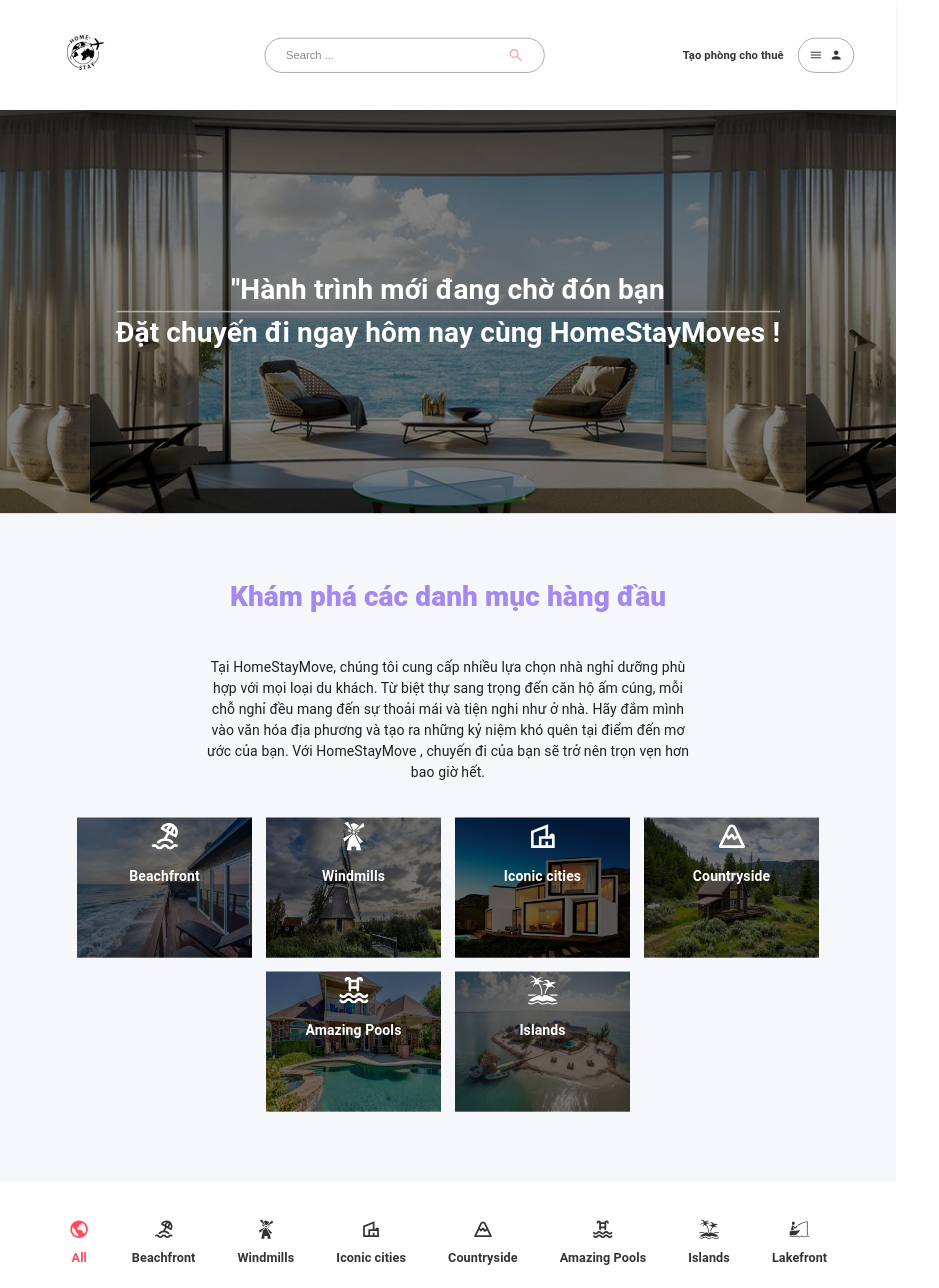
Repository: minhquang203/Homestay
Page: / (app in client/)
An editor plug-in stored every save of this project. The page is shown before and after the next save, followed by the edit.
The browser window is 1280 px wide. The page is 1342 px wide, so the pictures cover 1342 px, including what lies to the right of the window. The pictures show the part of the page from y = 0 to 1840 px (the page is 2909 px tall), at 70% of full size.
The page's requests for data from a server got no answer. The project was rebuilt for these pictures with package versions that can differ from the ones it lists, and the page was loaded fresh each time. No one was signed in, and anything a server would have sent is missing. Also part of the build but not shown: client/src/styles/ListingCard.scss, client/src/components/ListingCard.jsx, client/src/styles/List.scss, client/src/pages/CategoryPage.jsx, client/src/styles/CreateListing.scss, client/src/styles/variable.scss, client/src/pages/CreateListing.jsx, client/src/styles/ListingDetails.scss and 17 more.

Above is the page before, as saved 2025-04-03 23:18:31.

### client/public/index.html
<!DOCTYPE html>
<html lang="en">
  <head>
    <meta charset="utf-8" />
    <link rel="icon" href="%PUBLIC_URL%/favicon.ico" />
    <meta name="viewport" content="width=device-width, initial-scale=1" />
    <meta name="theme-color" content="#000000" />
    <meta
      name="description"
      content="Web site created using create-react-app"
    />
    <link rel="apple-touch-icon" href="%PUBLIC_URL%/logo192.png" />
    <link rel="manifest" href="%PUBLIC_URL%/manifest.json" />
    <link rel="preconnect" href="https://fonts.googleapis.com">
    <link rel="preconnect" href="https://fonts.gstatic.com" crossorigin>
    <link href="https://fonts.googleapis.com/css2?family=Nunito:ital,wght@0,200..1000;1,200..1000&display=swap" rel="stylesheet">
    <title>HomeStayMove</title>
  </head>
  <body>
    <div id="root"></div>

  </body>
</html>

### client/src/index.js
import { CssBaseline, ThemeProvider, createTheme } from "@mui/material"; // Thêm vào đây
import React from "react";
import ReactDOM from "react-dom/client";
import { Provider } from "react-redux";
import { PersistGate } from "redux-persist/integration/react";
import App from "./App";
import { persistor, store } from "./Redux/store";

// Tạo theme tùy chỉnh nếu cần thiết
const theme = createTheme({
  palette: {
    primary: {
      main: "#1976d2", // Màu chủ đạo
    },
    secondary: {
      main: "#dc004e", // Màu phụ
    },
  },
});

const root = ReactDOM.createRoot(document.getElementById("root"));
root.render(
  <React.StrictMode>
    <Provider store={store}>
      <PersistGate loading={null} persistor={persistor}>
        <ThemeProvider theme={theme}>
          <CssBaseline />
          <App />
        </ThemeProvider>
      </PersistGate>
    </Provider>
  </React.StrictMode>
);

### client/src/Redux/store.js
// store.js
import { configureStore } from "@reduxjs/toolkit";
import {
  persistStore,
  persistReducer,
  FLUSH,
  REHYDRATE,
  PAUSE,
  PERSIST,
  PURGE,
  REGISTER,
} from "redux-persist";
import storage from "redux-persist/lib/storage";
import userReducer from "./state"; // Đảm bảo đúng đường dẫn đến state.js

// Cấu hình Redux Persist
const persistConfig = {
  key: "root", // Tên của key trong localStorage
  version: 1, // Phiên bản của state để khi có thay đổi sẽ cập nhật lại
  storage, // Chọn phương thức lưu trữ, có thể là localStorage hoặc sessionStorage
};

// Tạo persisted reducer từ userReducer
const persistedReducer = persistReducer(persistConfig, userReducer);

// Tạo store với persistedReducer
export const store = configureStore({
  reducer: persistedReducer, // Dùng persisted reducer để lưu trữ trạng thái người dùng
  middleware: (getDefaultMiddleware) =>
    getDefaultMiddleware({
      serializableCheck: {
        ignoredActions: [FLUSH, REHYDRATE, PAUSE, PERSIST, PURGE, REGISTER], // Bỏ qua các action không thể serialize
      },
    }),
});

// Khởi tạo persistor từ store
export const persistor = persistStore(store);

### client/src/App.css
* {
  margin: 0;
  padding: 0;
  box-sizing: border-box;
  font-family: 'Nunito'sans-serif;
}

### client/src/pages/HomePage.jsx
import Categories from "../components/Categories";
import Footer from "../components/Footer";
import Listings from "../components/Listings";
import Navbar from '../components/Navbar';
import Slide from "../components/Slide";



const HomePage = () => {

  // Lấy thông tin người dùng từ Redux state
  return <div>
    <Navbar/>
    <Slide/>
    <Categories/>
    <Listings/>
    <Footer />
  </div>;
};

export default HomePage;

### client/src/components/Footer.jsx
import { Email, LocalPhone } from "@mui/icons-material";
import { Link } from "react-router-dom";
import "../styles/Footer.scss";
const Footer = () => {
  return (
    <div className="footer">
      <div className="footer_left">
        <a href="/">
          <img src="/assets/logo.png" alt="logo" />
        </a>
      </div>

      <div className="footer_center">
        <h3>Useful Links</h3>
        <ul>
          <li>
            <Link to="/about-us">About Us</Link>
          </li>
          <li>
            <Link to="/terms-and-conditions">Terms and Conditions</Link>
          </li>
          <li>
            <Link to="/return-and-refund-policy">Return and Refund Policy</Link>
          </li>
        </ul>
      </div>

      <div className="footer_right">
        <h3>Contact</h3>
        <div className="footer_right_info">
          <LocalPhone />
          <p>+84 904421394</p>
        </div>
        <div className="footer_right_info">
          <Email />
          <p>homestay@gmail.com</p>
          <p>tranminhquang082003@gmail.com</p>
        </div>
        <img src="/assets/payment.png" alt="payment" />
      </div>
    </div>
  );
};

export default Footer;

### client/src/components/Loader.jsx
import "../styles/Loader.scss";

const Loader = () => {
  return (
    <div className="loader">
      <div className="loader-inner"></div>
    </div>
  );
};

export default Loader;

### client/src/components/Navbar.jsx
import { Menu, Person, Search } from "@mui/icons-material";
import { IconButton } from "@mui/material";
import { useState } from "react";
import { useDispatch, useSelector } from "react-redux";
import { Link, useNavigate } from "react-router-dom";
import { setLogout } from "../Redux/state";
import "../styles/Navbar.scss";

const Navbar = () => {
  const [dropdownMenu, setDropdownMenu] = useState(false);
  const user = useSelector((state) => state.user);
  const dispatch = useDispatch();
  const [search, setSearch] = useState("");
  const navigate = useNavigate();

  const handleLogout = () => {
    dispatch(setLogout());
    navigate("/login");
  };

  return (
    <div className="navbar">
      <Link to="/">
        <img src="/assets/logo.png" alt="logo" />
      </Link>

      <div className="navbar_search">
        <input
          type="text"
          placeholder="Search ..."
          value={search}
          onChange={(e) => setSearch(e.target.value)}
        />
        <IconButton
          disabled={search === ""}
          onClick={() => navigate(`/properties/search/${search}`)}
        >
          <Search sx={{ color: "#ff4b5c" }} />
        </IconButton>
      </div>

      <div className="navbar_right">
        <Link
          to={user ? "/create-listing" : "/login"}
          className="navbar_right_host"
        >
          Tạo phòng cho thuê
        </Link>

        <button
          className="navbar_right_account"
          onClick={() => setDropdownMenu((prev) => !prev)}
        >
          <Menu sx={{ color: "#333" }} />
          <Person sx={{ color: "#333" }} />
        </button>

        {dropdownMenu && (
          <div
            className={`navbar_right_accountmenu ${
              dropdownMenu ? "active" : ""
            }`}
          >
            {user ? (
              <>
                <Link to="/profile">Thông Tin</Link>
                <Link to={`/${user._id}/trips`}>Danh sách chuyến đi</Link>
                <Link to={`/${user._id}/wishList`}>Yêu thích</Link>
                <Link to={`/${user._id}/properties`}>Phòng cho thuê</Link>
                <Link to={`/${user._id}/reservations`}>Đặt chỗ</Link>
                <Link to="/login" onClick={handleLogout}>
                  Đăng xuất
                </Link>
              </>
            ) : (
              <>
                <Link to="/login">Đăng nhập</Link>
                <Link to="/register">Đăng ký</Link>
              </>
            )}
          </div>
        )}
      </div>
    </div>
  );
};

export default Navbar;

### client/src/components/Categories.jsx
import { Link } from "react-router-dom";
import { categories } from "../data";
import "../styles/Categories.scss";

const Categories = () => {
  return (
    <div className="categories">
      <h1>Khám phá các danh mục hàng đầu</h1>
      <p>
        Tại HomeStayMove, chúng tôi cung cấp nhiều lựa chọn nhà nghỉ dưỡng phù hợp
        với mọi loại du khách. Từ biệt thự sang trọng đến căn hộ ấm cúng, mỗi
        chỗ nghỉ đều mang đến sự thoải mái và tiện nghi như ở nhà. Hãy đắm mình
        vào văn hóa địa phương và tạo ra những kỷ niệm khó quên tại điểm đến mơ
        ước của bạn. Với HomeStayMove , chuyến đi của bạn sẽ trở nên trọn vẹn hơn
        bao giờ hết.
      </p>

      <div className="categories_list">
        {categories?.slice(1, 7).map((category, index) => (
          <Link to={`/properties/category/${category.label}`}>
            <div className="category">
              <img src={category.img} alt={category.label} />
              <div className="overlay">
                <div className="category_text">
                  <div className="category_text_icon">
                    {category.icon}
                    <p>{category.label}</p>
                  </div>
                </div>
              </div>
            </div>
          </Link>
        ))}
      </div>
    </div>
  );
};

export default Categories;

### client/src/components/Listings.jsx
import { useEffect, useState } from "react";
import { useDispatch, useSelector } from "react-redux";
import { categories } from "../data";
import { setListings } from "../Redux/state";
import "../styles/Listings.scss";
import ListingCard from "./ListingCard";
import Loader from "./Loader";

const Listings = () => {
  const dispatch = useDispatch();
  const [loading, setLoading] = useState(true);

  const [selectedCategory, setSelectedCategory] = useState("All");

  const listings = useSelector((state) => state.listings);

  const getFeedListings = async () => {
    try {
      const response = await fetch(
        selectedCategory !== "All"
          ? `http://localhost:3002/properties?category=${selectedCategory}`
          : "http://localhost:3002/properties",
        {
          method: "GET",
        }
      );

      const data = await response.json();
      dispatch(setListings({ listings: data }));
      setLoading(false);
    } catch (err) {
      console.log("Fetch Listings Failed", err.message);
    }
  };

  useEffect(() => {
    getFeedListings();
  }, [selectedCategory]);

  return (
    <>
      <div className="category-list">
        {categories?.map((category, index) => (
          <div
            className={`category ${category.label === selectedCategory ? "selected" : ""}`}
            key={index}
            onClick={() => setSelectedCategory(category.label)}
          >
            <div className="category_icon">{category.icon}</div>
            <p>{category.label}</p>
          </div>
        ))}
      </div>

      {loading ? (
        <Loader />
      ) : (
        <div className="listings">
          {listings.map(
            ({
              _id,
              creator,
              listingPhotoPaths,
              city,
              province,
              country,
              category,
              type,
              price,
              booking = false
            }) => (
              <ListingCard
                key={_id}
                listingId={_id}
                creator={creator}
                listingPhotoPaths={listingPhotoPaths}
                city={city}
                province={province}
                country={country}
                category={category}
                type={type}
                price={price}
                booking ={booking}
              />
            )
          )}
        </div>
      )}
    </>
  );
};

export default Listings;

### client/src/components/Slide.jsx
import "../styles/Slide.scss";

const Slide = () => {
  return (
    <div className="slidePage">
      <h1>
        "Hành trình mới đang chờ đón bạn <hr/>   Đặt chuyến đi ngay hôm nay cùng
        HomeStayMoves !
      </h1>
    </div>
  );
};

export default Slide;

### client/src/styles/Footer.scss
@import "./variable.scss";
@import "./breakpoints.scss";

.footer {
  display: flex;
  justify-content: space-between;
  align-items: center;
  gap: 50px;
  padding: 10px 70px;

  @include lg {
    padding: 10px 30px;
  }

  &_left {
    max-width: 400px;

    img {
      max-width: 150px;
      margin-bottom: 20px;
    }

    &_socials {
      display: flex;
      gap: 25px;
      margin-top: 20px;

      &_icon {
        width: 40px;
        height: 40px;
        border-radius: 50%;
        background-color: $pinkred;
        display: flex;
        justify-content: center;
        align-items: center;
        cursor: pointer;
        transition: all 0.5s ease-in-out;

        &:hover {
          transform: scale(1.2);
        }
      }
    }
  }

  &_center {
    text-decoration: none;

    ul {
      list-style: none;
      margin-top: 20px;
      cursor: pointer;

      li:hover {
        color: $pinkred
      }

      a {
        text-decoration: none;
        color: black;

        &:hover {
          color: $pinkred;
        }
      }
    }

    @include md {
      display: none;
    }
  }

  &_right {
    max-width: 350px;

    h3 {
      margin-bottom: 20px;
    }

    &_info {
      display: flex;

      p {
        margin-left: 20px;
        margin-bottom: 15px;
      }
    }

    @include sm {
      display: none;
    }
  }
}

### client/src/styles/Loader.scss
.loader {
    display: flex;
    justify-content: center;
    align-items: center;
    height: 100vh;
  }

  .loader-inner {
    border: 6px solid #f3f3f3;
    border-top: 6px solid #3498db;
    border-radius: 50%;
    width: 40px;
    height: 40px;
    animation: spin 2s linear infinite;
  }

  @keyframes spin {
    0% { transform: rotate(0deg); }
    100% { transform: rotate(360deg); }
  }

### client/src/styles/Navbar.scss
@import "./breakpoints.scss";
@import "./variable.scss";

.navbar {
  padding: 15px 60px;
  display: flex;
  justify-content: space-between;
  align-items: center;
  position: sticky;
  top: 0;
  z-index: 1000;
  background-color: $form-background;
  box-shadow: $box-shadow-small;
  transition: all 0.3s ease;

  @include media-query(sm) {
    padding: 10px 20px;
  }

  img {
    width: 120px;
    cursor: pointer;
    transition: transform 0.3s ease;

    &:hover {
      transform: scale(1.1);
    }
  }

  &_search {
    border: 1px solid $grey;
    border-radius: 30px;
    height: 50px;
    padding: 0 20px;
    display: flex;
    gap: 10px;
    align-items: center;
    width: 400px;
    background-color: $form-background;
    transition: box-shadow 0.3s ease;

    input {
      border: none;
      outline: none;
      flex: 1;
      padding: 5px 10px;
      font-size: 1rem;
      color: $darkgrey;
      background-color: transparent;

      &::placeholder {
        color: $grey;
      }
    }

    button {
      background: none;
      border: none;
      cursor: pointer;
      display: flex;
      align-items: center;
      justify-content: center;

      &:disabled {
        cursor: not-allowed;
        opacity: 0.5;
      }
    }

    &:hover {
      box-shadow: $box-shadow-large;
    }

    @include media-query(sm) {
      display: none;
    }
  }

  &_right {
    display: flex;
    align-items: center;
    gap: 20px;

    .navbar_right_host {
      text-decoration: none;
      color: $darkgrey;
      font-weight: 700;
      cursor: pointer;
      transition: color 0.3s ease;

      &:hover {
        color: $pinkred;
      }

      @include media-query(sm) {
        display: none;
      }
    }

    &_account {
      height: 50px;
      display: flex;
      align-items: center;
      padding: 0 15px;
      border: 1px solid $grey;
      border-radius: 30px;
      gap: 10px;
      background-color: $form-background;
      cursor: pointer;
      transition: box-shadow 0.3s ease, transform 0.2s ease;

      &:hover {
        box-shadow: $box-shadow-large;
        transform: translateY(-2px);
      }

      svg {
        color: $darkgrey;
        font-size: 1.2rem;
      }
    }

    &_accountmenu {
      position: absolute;
      background-color: $form-background;
      right: 60px;
      top: 80px;
      display: flex;
      flex-direction: column;
      width: 220px;
      padding: 10px 0;
      border: 1px solid $lightgrey;
      border-radius: 12px;
      box-shadow: $box-shadow-large;
      z-index: 9999;
      opacity: 0;
      visibility: hidden;
      transform: translateY(-10px);
      transition: all 0.3s ease;

      &.active {
        opacity: 1;
        visibility: visible;
        transform: translateY(0);
      }

      @include media-query(sm) {
        right: 20px;
      }

      a {
        width: 100%;
        padding: 10px 15px;
        text-decoration: none;
        color: $darkgrey;
        font-weight: 600;
        display: block;
        transition: background-color 0.3s ease, color 0.3s ease;

        &:hover {
          color: $pinkred;
          background-color: rgba(217, 213, 213, 0.2);
        }
      }
    }
  }

  /* Hiệu ứng sticky khi cuộn */
  &.scrolled {
    background-color: $lightgrey;
    box-shadow: $box-shadow-large;
  }
}

### client/src/styles/breakpoints.scss
  $breakpoints: (
    xs: 480px,
    sm: 768px,
    md: 992px,
    lg: 1200px,
    xl: 1400px
  );

  // Mixin media-query để dễ sử dụng các điểm ngắt
  @mixin media-query($size) {
    $breakpoint: map-get($breakpoints, $size);

    @if $breakpoint {
      @media (max-width: #{$breakpoint}) {
        @content;
      }
    } @else {
      @warn "Breakpoint '#{$size}' không tồn tại trong danh sách breakpoints!";
    }
  }
  @mixin sm {
    @media (max-width: map-get($breakpoints, "sm")) {
        @content;
    }
}

@mixin mm {
    @media (max-width: map-get($breakpoints, "mm")) {
        @content;
    }
}

@mixin md {
    @media (max-width: map-get($breakpoints, "md")) {
        @content;
    }
}

@mixin ml {
    @media (max-width: map-get($breakpoints, "ml")) {
        @content;
    }
}

@mixin lg {
    @media (max-width: map-get($breakpoints, "lg")) {
        @content;
    }
}

@mixin xl {
    @media (max-width: map-get($breakpoints, "xl")) {
        @content;
    }
}

  // Mixin để tạo kiểu cho button
  @mixin buttonStyle {
    padding: 10px 15px;
    background-color: $pinkred;
    border: none;
    font-size: 20px;
    font-weight: 600;
    cursor: pointer;
    transform: 0.3s ease;
    color: white;
    border-radius: 10px;
  }
  // Mixin flex-center để căn giữa các phần tử theo cả chiều ngang và dọc
@mixin flex-center {
  display: flex;
  justify-content: center;
  align-items: center;
}

### client/src/styles/Categories.scss
@import "./variable.scss";
@import "./breakpoints.scss";

.categories {
  padding: 50px 60px;
  display: flex;
  flex-direction: column;
  align-items: center;
  text-align: center;
  background-color: $lightgrey;


  h1 {
    color: $blue;
    font-size: 40px;
    font-weight: 800;
    margin-bottom: 15px;
  }

  p {
    max-width: 700px;
    font-size: 20px;
  }

  .categories_list {
    display: flex;
    flex-wrap: wrap;
    padding: 50px 0;
    justify-content: center;
    gap: 20px;

    a {
      text-decoration: none;
    }

    .category {
      position: relative;
      display: flex;
      justify-content: center;
      align-items: center;
      width: 250px;
      height: 200px;
      cursor: pointer;

      img {
        position: absolute;
        width: 100%;
        height: 100%;
      }

      .overlay {
        position: absolute;
        width: 100%;
        height: 100%;
        background-color: rgba(0, 0, 0, 0.55);
        transition: 0.3s ease-in-out;
      }

      &_text {
        position: relative;
        color: white;

        &_icon {
          font-size: 45px;
        }

        p {
          font-weight: 600;
        }
      }

      &:hover {
        .overlay {
          width: 80%;
          height: 80%;
        }
      }

    }
  }
}

### client/src/styles/Listings.scss
@import "./variable.scss";
@import "./breakpoints.scss";

.category-list {
  padding: 50px 80px;
  display: flex;
  justify-content: center;
  flex-wrap: wrap;
  gap: 60px;

  @include sm {
    padding: 50px 20px;
  }

  .category {
    display: flex;
    flex-direction: column;
    align-items: center;
    color: $darkgrey;
    cursor: pointer;

    &_icon {
      font-size: 30px;
    }

    p {
      font-size: 18px;
      font-weight: 700;
    }

    &:hover {
      color: $pinkred;
    }
  }

  .selected {
    color: $pinkred;
  }
}

.listings {
  padding: 0 60px 120px;
  display: flex;
  flex-wrap: wrap;
  justify-content: center;
  gap: 5px;

  @include lg {
    padding: 0 20px 120px;
  }
}

### client/src/styles/Slide.scss
.slidePage {
  width: 100vw;
  height: 80vh;
  background: linear-gradient(rgba(0, 0, 0, 0.5), rgba(0, 0, 0, 0.5)),
    url("../../public/assets/slide.jpg");
  background-position: center top;
  background-size: contain;

  display: flex;
  justify-content: center;
  align-items: center;
  text-align: center;
  position: relative;

  animation: moveRight 2s ease-out forwards; /* Di chuyển từ trái sang phải */
}

// /* Định nghĩa keyframe cho hiệu ứng chuyển động từ trái sang phải */
// @keyframes moveRight {
//   0% {
//     transform: translateX(-100%); /* Bắt đầu bên ngoài màn hình (trái) */
//   }
//   100% {
//     transform: translateX(0); /* Kết thúc tại vị trí ban đầu */
//   }
// }

h1 {
  padding: 40px 20px;
  font-size: 40px;
  text-align: center;
  color: white;
  z-index: 1; /* Đảm bảo văn bản luôn ở trên hình nền */
  position: relative;
}

Loaded but not shown: client/src/data.js (270 lines, source omitted); client/src/App.js (46 lines, source omitted); client/src/Redux/state.js (69 lines, source omitted)

After the next save:
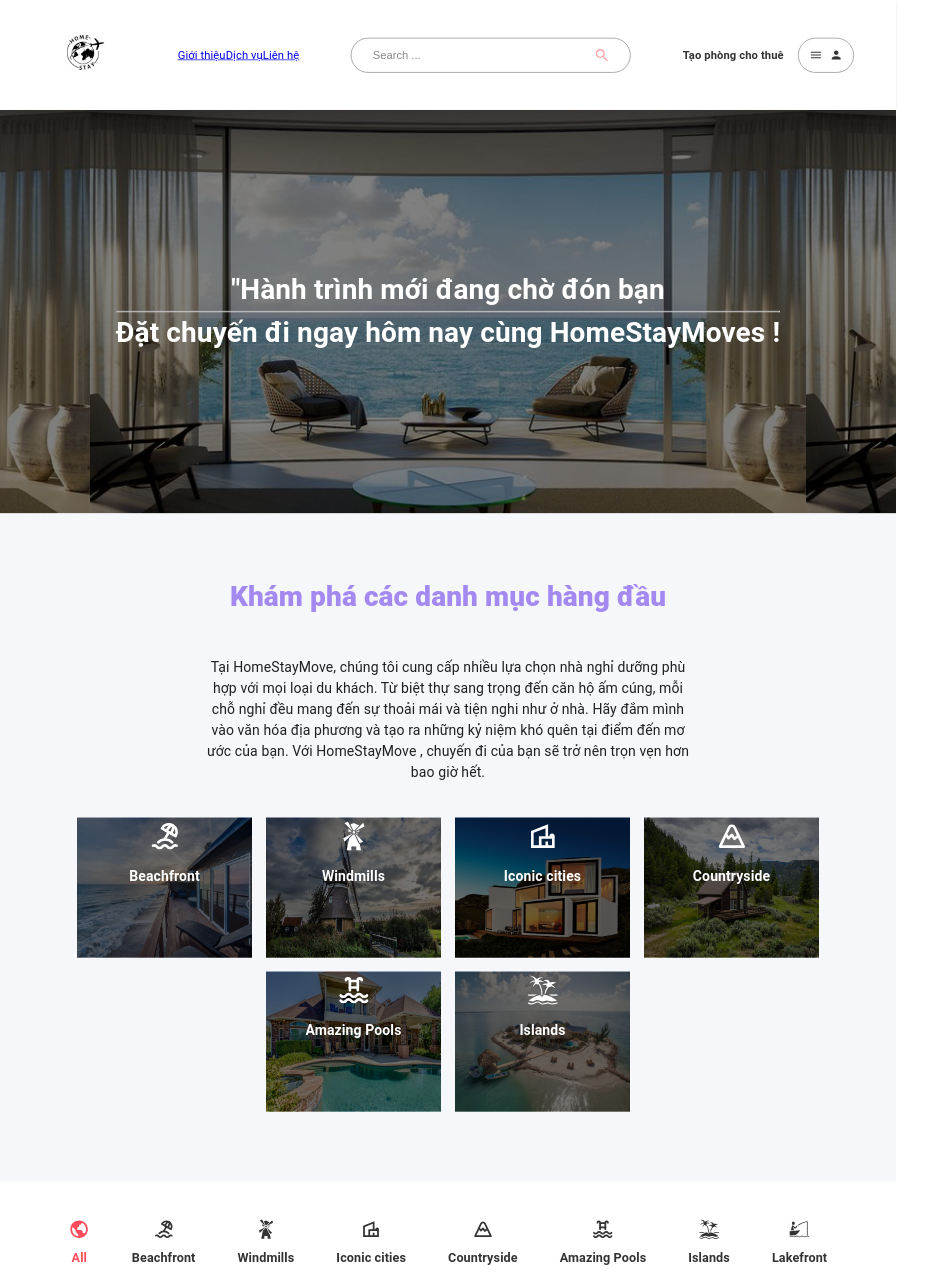
Saved 2 min 47 s later.
--- a/client/src/components/Navbar.jsx
+++ b/client/src/components/Navbar.jsx
@@ -23,6 +23,13 @@
       <Link to="/">
         <img src="/assets/logo.png" alt="logo" />
       </Link>
+
+      {/* Menu điều hướng */}
+      <div className="navbar_menu">
+        <Link to="/about">Giới thiệu</Link>
+        <Link to="/services">Dịch vụ</Link>
+        <Link to="/contact">Liên hệ</Link>
+      </div>
 
       <div className="navbar_search">
         <input
